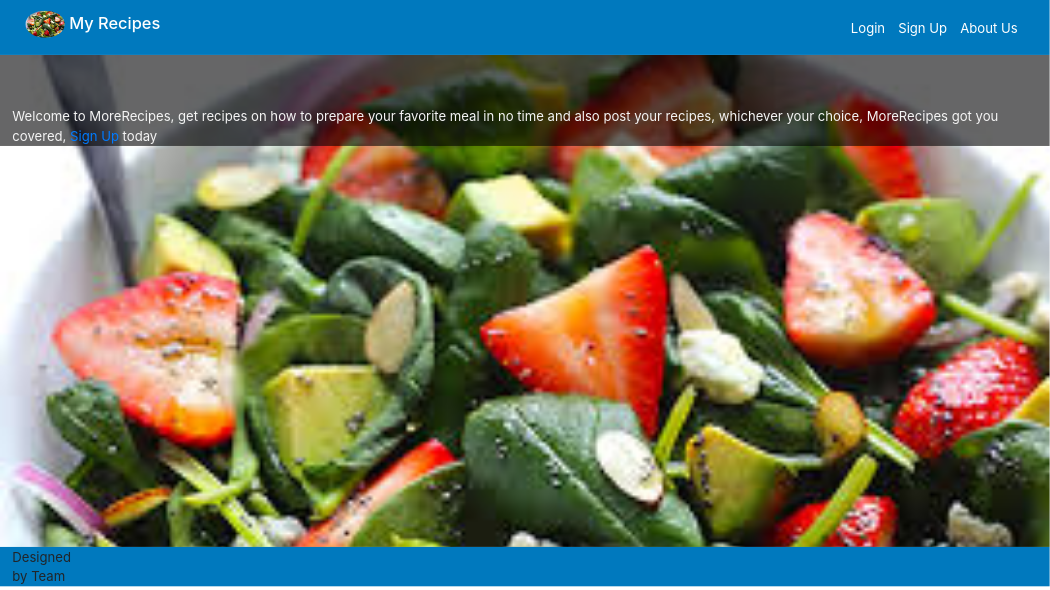
Repository: UggoPrince/more-recipes
Page: html/index.html
The author's editor kept a copy of each file at every save. The page is drawn from the files as they stood at one save, then again after the next save.
The browser window is 1280 px wide. The pictures show the whole page, at 82% of full size.

Above is the page before, as saved 2018-07-30 06:56:43.

After the next save:
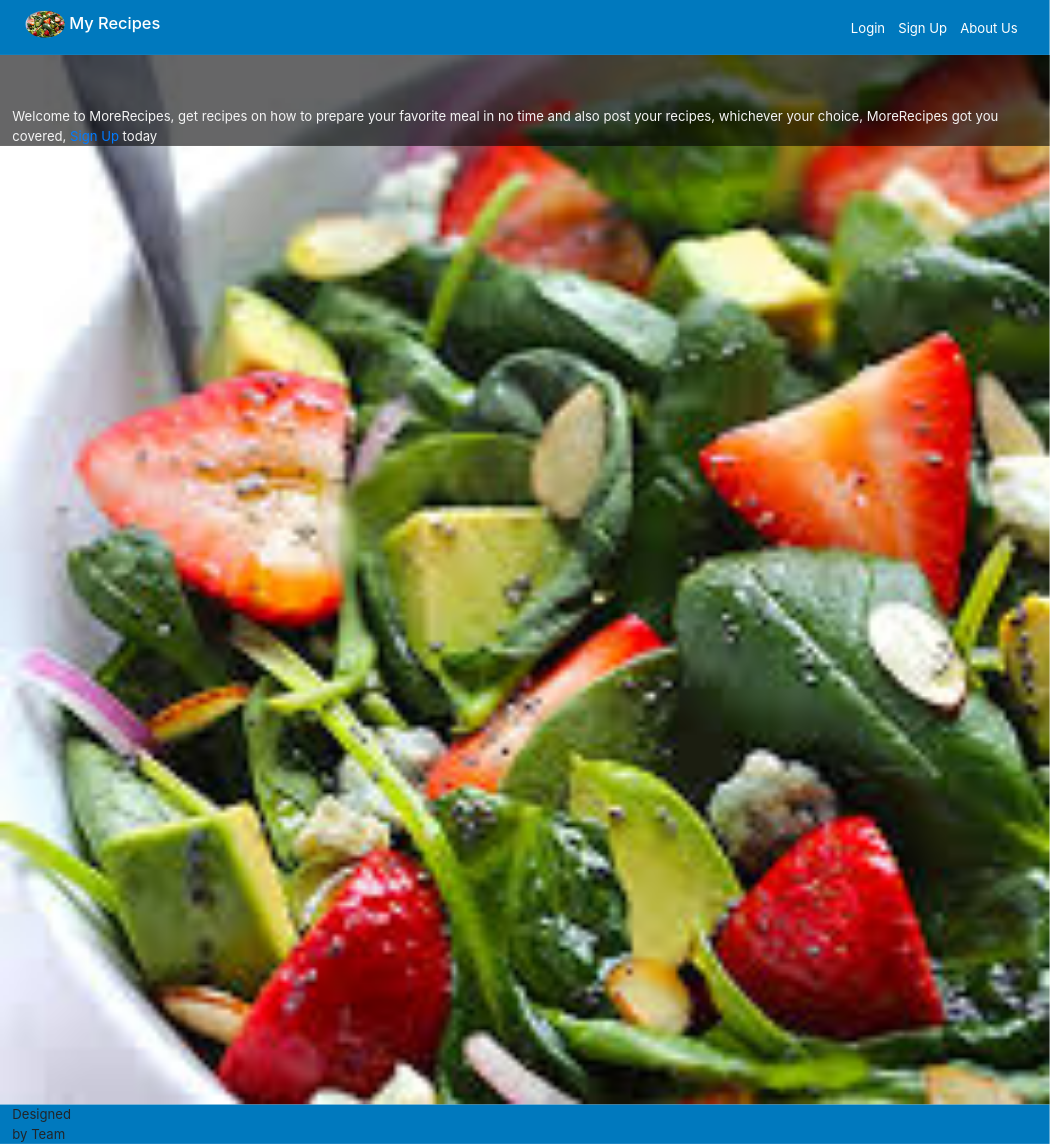
Saved 27 s later.
--- a/html/index.html
+++ b/html/index.html
@@ -14,7 +14,7 @@
       background-repeat: no-repeat;
       background-image: url(../img/nav-image.jpg);
       background-size: cover;
-      height: 600px;
+      height: 100vw;
       background-repeat: no-repeat;
     }
     nav {
